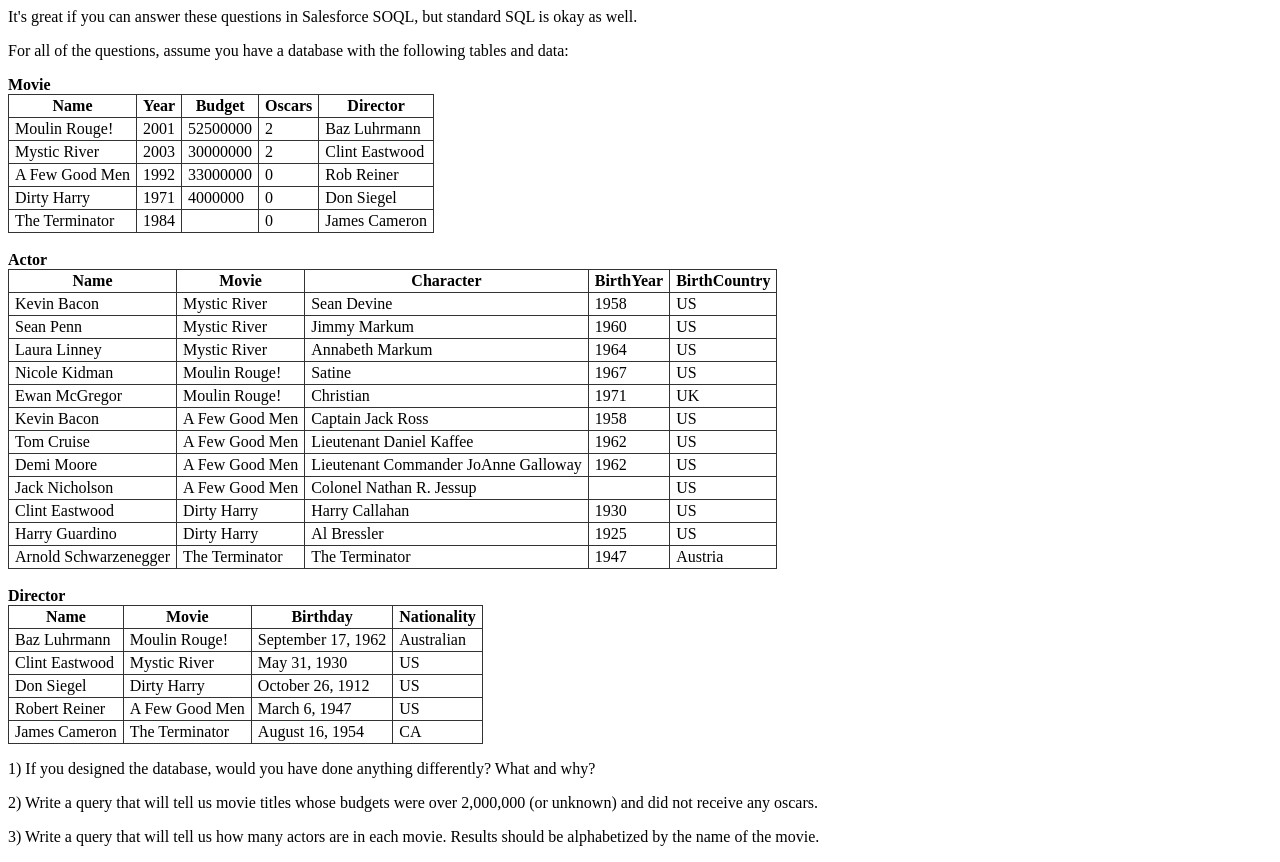
Repository: akhil33/AFFRM
Page: AFFIRM-NON-SFDC/Database.html
These files come from the project's save history. The page is drawn as it stood at one moment and after the next save; the edit follows.
The browser window is 1280 px wide. The pictures show the whole page.

Above is the page before, as saved 2022-04-07 16:15:25.

### AFFIRM-NON-SFDC/Database.html
<html>
	<head>
		<style type="text/css">
			table { border-collapse: collapse; border: solid 1px black; }
			td, th { border: solid 1px #333; padding: 2px 6px; }
		</style>
	</head>

	<body>
		<p>It's great if you can answer these questions in Salesforce SOQL, but standard SQL is okay as well.</p>

		<p>For all of the questions, assume you have a database with the following tables and data:</p>

		<b>Movie</b>
		<table>
			<tr>
				<th>Name</th>
				<th>Year</th>
				<th>Budget</th>
				<th>Oscars</th>
				<th>Director</th>
			</tr>
			<tr>
				<td>Moulin Rouge!</td>
				<td>2001</td>
				<td>52500000</td>
				<td>2</td>
				<td>Baz Luhrmann</td>
			</tr>
			<tr>
				<td>Mystic River</td>
				<td>2003</td>
				<td>30000000</td>
				<td>2</td>
				<td>Clint Eastwood</td>
			</tr>
			<tr>
				<td>A Few Good Men</td>
				<td>1992</td>
				<td>33000000</td>
				<td>0</td>
				<td>Rob Reiner</td>
			</tr>
			<tr>
				<td>Dirty Harry</td>
				<td>1971</td>
				<td>4000000</td>
				<td>0</td>
				<td>Don Siegel</td>
			</tr>
			<tr>
				<td>The Terminator</td>
				<td>1984</td>
				<td></td>
				<td>0</td>
				<td>James Cameron</td>
			</tr>
		</table>

		<br/>
		<b>Actor</b>
		<table>
			<tr>
				<th>Name</th>
				<th>Movie</th>
				<th>Character</th>
				<th>BirthYear</th>
				<th>BirthCountry</th>
			</tr>
			<tr>
				<td>Kevin Bacon</td>
				<td>Mystic River</td>
				<td>Sean Devine</td>
				<td>1958</td>
				<td>US</td>
			</tr>
			<tr>
				<td>Sean Penn</td>
				<td>Mystic River</td>
				<td>Jimmy Markum</td>
				<td>1960</td>
				<td>US</td>
			</tr>
			<tr>
				<td>Laura Linney</td>
				<td>Mystic River</td>
				<td>Annabeth Markum</td>
				<td>1964</td>
				<td>US</td>
			</tr>
			<tr>
				<td>Nicole Kidman</td>
				<td>Moulin Rouge!</td>
				<td>Satine</td>
				<td>1967</td>
				<td>US</td>
			</tr>
			<tr>
				<td>Ewan McGregor</td>
				<td>Moulin Rouge!</td>
				<td>Christian</td>
				<td>1971</td>
				<td>UK</td>
			</tr>
			<tr>
				<td>Kevin Bacon</td>
				<td>A Few Good Men</td>
				<td>Captain Jack Ross</td>
				<td>1958</td>
				<td>US</td>
			</tr>
			<tr>
				<td>Tom Cruise</td>
				<td>A Few Good Men</td>
				<td>Lieutenant Daniel Kaffee</td>
				<td>1962</td>
				<td>US</td>
			</tr>
			<tr>
				<td>Demi Moore</td>
				<td>A Few Good Men</td>
				<td>Lieutenant Commander JoAnne Galloway</td>
				<td>1962</td>
				<td>US</td>
			</tr>
			<tr>
				<td>Jack Nicholson</td>
				<td>A Few Good Men</td>
				<td>Colonel Nathan R. Jessup</td>
				<td></td>
				<td>US</td>
			</tr>
			<tr>
				<td>Clint Eastwood</td>
				<td>Dirty Harry</td>
				<td>Harry Callahan</td>
				<td>1930</td>
				<td>US</td>
			</tr>
			<tr>
				<td>Harry Guardino</td>
				<td>Dirty Harry</td>
				<td>Al Bressler</td>
				<td>1925</td>
				<td>US</td>
			</tr>
			<tr>
				<td>Arnold Schwarzenegger</td>
				<td>The Terminator</td>
				<td>The Terminator</td>
				<td>1947</td>
				<td>Austria</td>
			</tr>
		</table>

		<br/>
		<b>Director</b>
		<table>
			<tr>
				<th>Name</th>
				<th>Movie</th>
				<th>Birthday</th>
				<th>Nationality</th>
			</tr>
			<tr>
				<td>Baz Luhrmann</td>
				<td>Moulin Rouge!</td>
				<td>September 17, 1962</td>
				<td>Australian</td>
			</tr>
			<tr>
				<td>Clint Eastwood</td>
				<td>Mystic River</td>
				<td>May 31, 1930</td>
				<td>US</td>
			</tr>
			<tr>
				<td>Don Siegel</td>
				<td>Dirty Harry</td>
				<td>October 26, 1912</td>
				<td>US</td>
			</tr>
			<tr>
				<td>Robert Reiner</td>
				<td>A Few Good Men</td>
				<td>March 6, 1947</td>
				<td>US</td>
			</tr>
			<tr>
				<td>James Cameron</td>
				<td>The Terminator</td>
				<td>August 16, 1954</td>
				<td>CA</td>
			</tr>
		</table>


		<p>1) If you designed the database, would you have done anything differently? What and why?

		<p>2) Write a query that will tell us movie titles whose budgets were over 2,000,000 (or unknown) and did not receive any oscars.

		<p>3) Write a query that will tell us how many actors are in each movie.  Results should be alphabetized by the name of the movie.</p>

	</body>
</html>

After the next save:
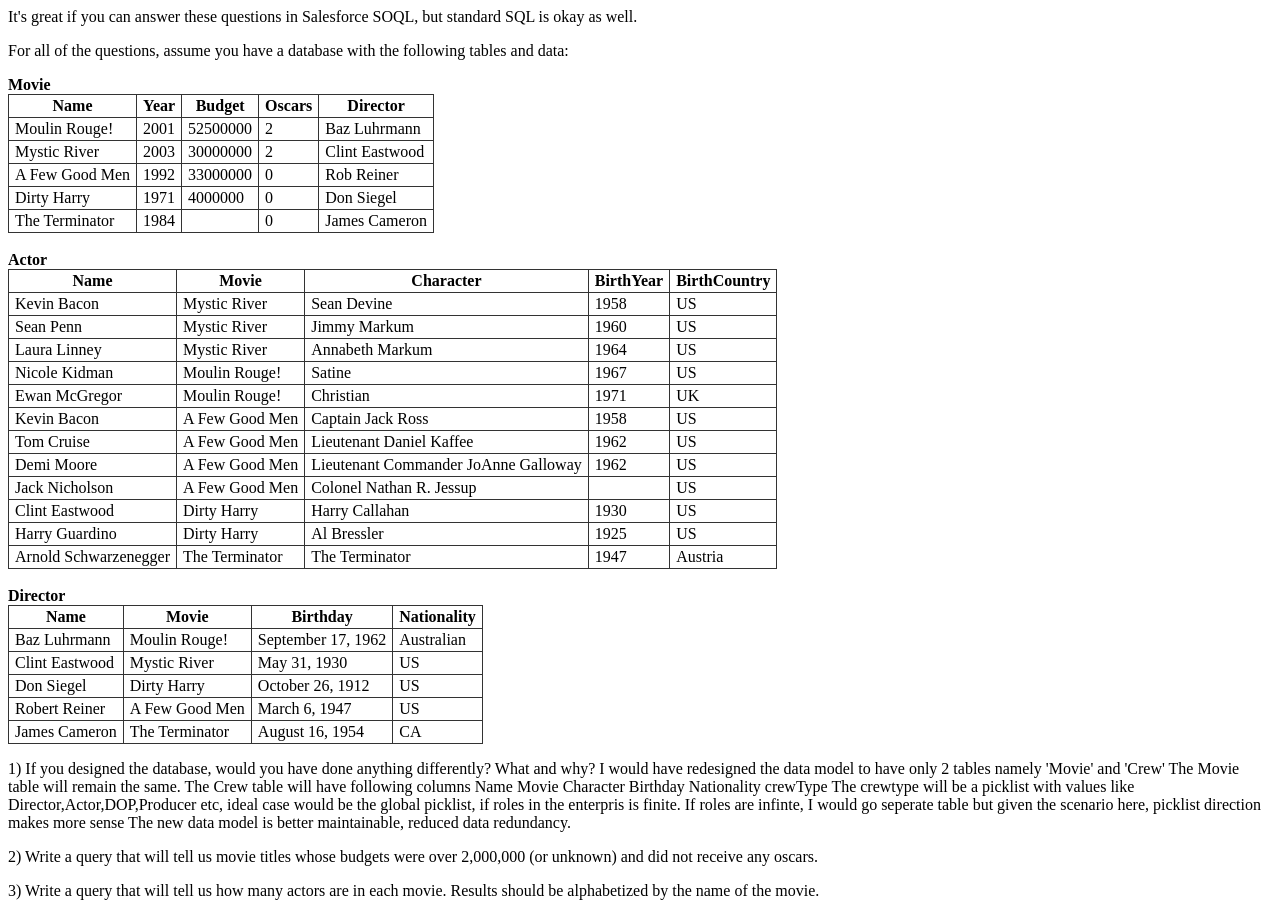
Saved 4 min 31 s later.
--- a/AFFIRM-NON-SFDC/Database.html
+++ b/AFFIRM-NON-SFDC/Database.html
@@ -197,9 +197,35 @@
 
 		<p>1) If you designed the database, would you have done anything differently? What and why?
 
+			I would have redesigned the data model to have only 2 tables namely 'Movie' and 'Crew'
+
+			The Movie table will remain the same.
+			The Crew table will have following columns
+				Name
+				Movie
+				Character
+				Birthday
+				Nationality
+				crewType
+			The crewtype will be a picklist with values like Director,Actor,DOP,Producer etc, ideal case would be the global picklist, if roles in the enterpris is finite. If roles are infinte, I would go seperate table but
+			given the scenario here, picklist direction makes more sense
+
+			The new data model is better maintainable, reduced data redundancy.
+
 		<p>2) Write a query that will tell us movie titles whose budgets were over 2,000,000 (or unknown) and did not receive any oscars.
 
+		<!--
+			<p> select Name from Movie where Oscars = 0   // this querty will fetch the results mentioned but not a better coding style</p>
+			<p> Select Name from Movie where Oscars = 0 and (Budget is null or Budget > 2000000)  // preferred.</p>
+		-->
+
 		<p>3) Write a query that will tell us how many actors are in each movie.  Results should be alphabetized by the name of the movie.</p>
+
+		<!--
+			<p> Select Movie,Count(Name) from Actor group by Movie test order by Movie asc </p>
+		-->
+
+
 
 	</body>
 </html>
